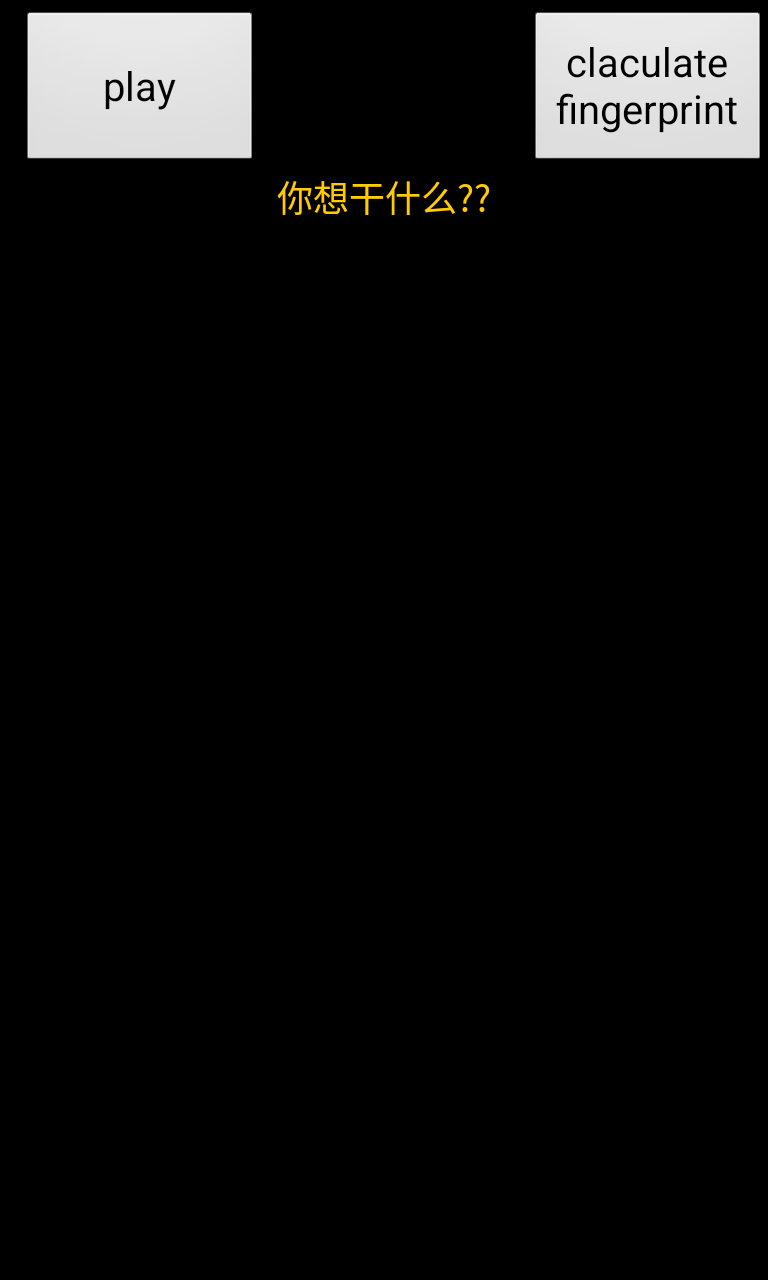
Repository: FreyrChen/tucan_Linux_practice
Layout: 4_Android_program/FingerprintDemoVer1/res/layout/activity_main.xml
An editor plug-in stored every save of this project. The layout is shown before and after the next save, followed by the edit.
It is drawn on a 768 x 1280 px phone screen (xhdpi) without system bars, with theme AppTheme; the app's code is not run. Lists and similar views that code fills are empty.

Above is the layout before, as saved 2013-07-12 09:20:31.

After the next save:
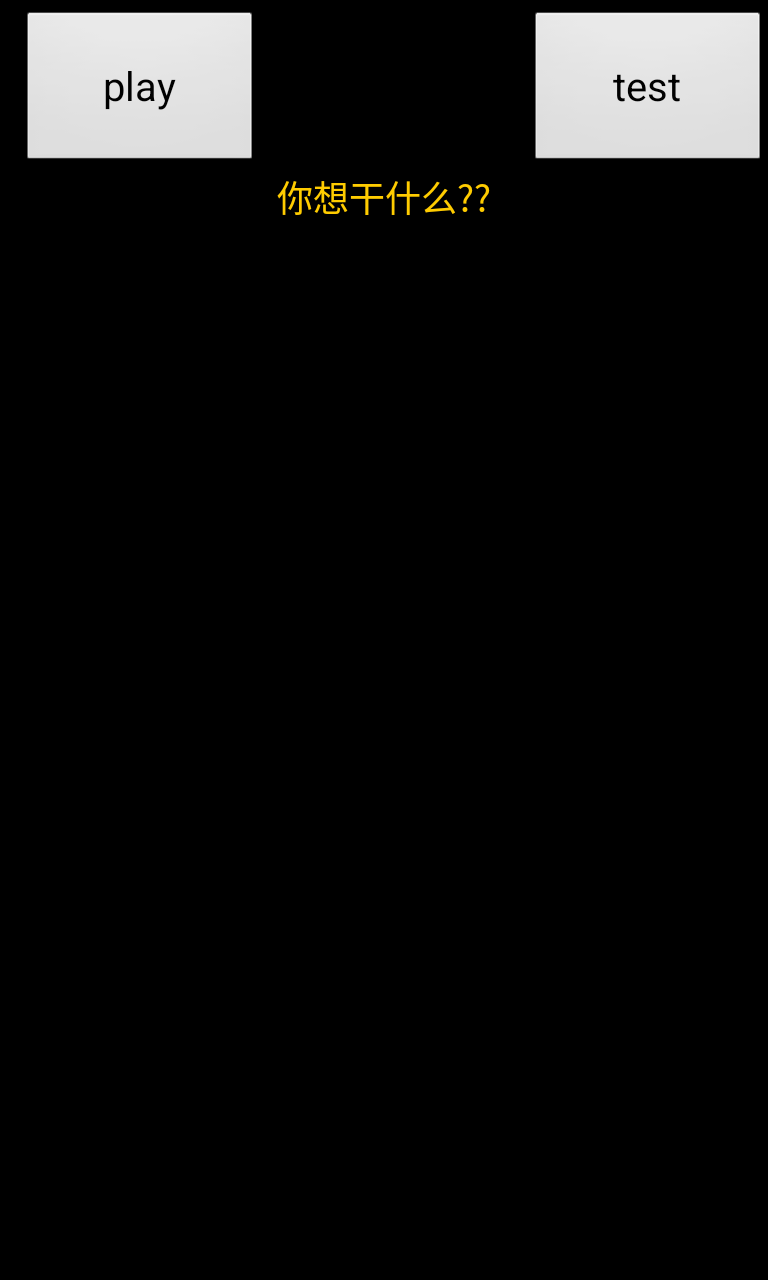
Saved 2 days later.
--- a/4_Android_program/FingerprintDemoVer1/res/layout/activity_main.xml
+++ b/4_Android_program/FingerprintDemoVer1/res/layout/activity_main.xml
@@ -30,7 +30,7 @@
 	 	android:textSize="20sp"
 	 	android:layout_width="120dp"
 	 	android:layout_height="80dp"
-	 	android:text="@string/calculate_fp"
+	 	android:text="@string/test"
 	    android:layout_marginTop="5dp"
 	    android:layout_marginLeft="10dp"
 	    android:layout_alignParentRight="true"
